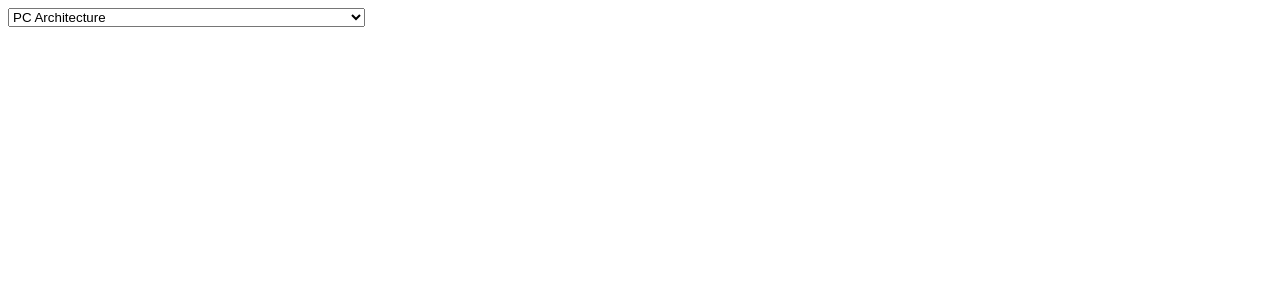
Repository: Gauravsh20/CollegeProject
Page: http://localhost/Clg_project/Add_Subjects.jsp
An editor plug-in stored every save of this project. The page is shown before and after the next save, followed by the edit.
The browser window is 1280 px wide. The pictures show the whole page.
The page is served by Tomcat 9. Other server files are loaded and not shown.

Above is the page before, as saved 2022-10-25 06:30:26.

### Clg_project/src/main/webapp/Add_Subjects.jsp
<%@ taglib uri="http://java.sun.com/jsp/jstl/core" prefix="c" %>
<%@ page language="java" contentType="text/html; charset=ISO-8859-1"
    pageEncoding="ISO-8859-1"%>
<!DOCTYPE html>
<html>
<head>
<meta charset="ISO-8859-1">
<title>Insert title here</title>
</head>
<body>
<select name="subject">
<option value = "PC Architecture">PC Architecture</option>
<option value = "PC Hardware 1">PC Hardware 1</option>
<option value = "PC Hardware 2">PC Hardware 1</option>
<option value = "Microprocessor Interfacing devices & Embedded System">Microprocessor Interfacing devices & Embedded System</option>
<option value = "C#">C#</option>
<option value = "Data Structures">Data Structures</option>
<option value = "Operating System">Operating System</option>
<option value = "SQL Server">SQL Server</option>
</select>


</body>
</html>

After the next save:
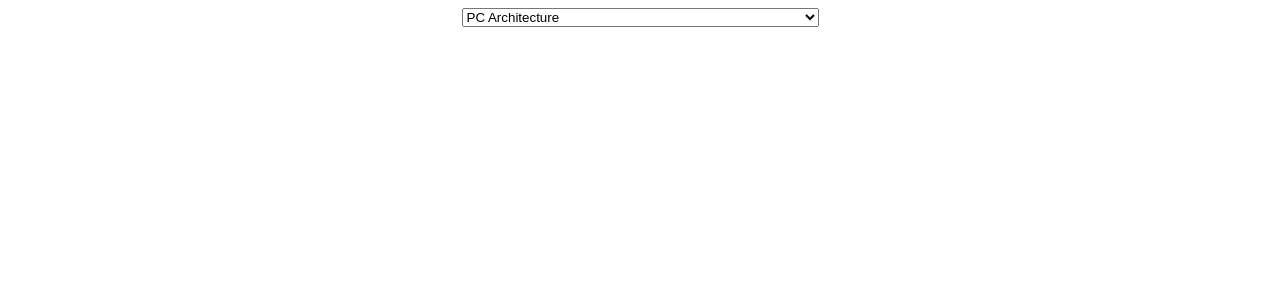
Saved 45 s later.
--- a/Clg_project/src/main/webapp/Add_Subjects.jsp
+++ b/Clg_project/src/main/webapp/Add_Subjects.jsp
@@ -8,6 +8,8 @@
 <title>Insert title here</title>
 </head>
 <body>
+<center>
+<form action="">
 <select name="subject">
 <option value = "PC Architecture">PC Architecture</option>
 <option value = "PC Hardware 1">PC Hardware 1</option>
@@ -19,6 +21,7 @@
 <option value = "SQL Server">SQL Server</option>
 </select>
 
-
+</form>
+</center>
 </body>
 </html>
